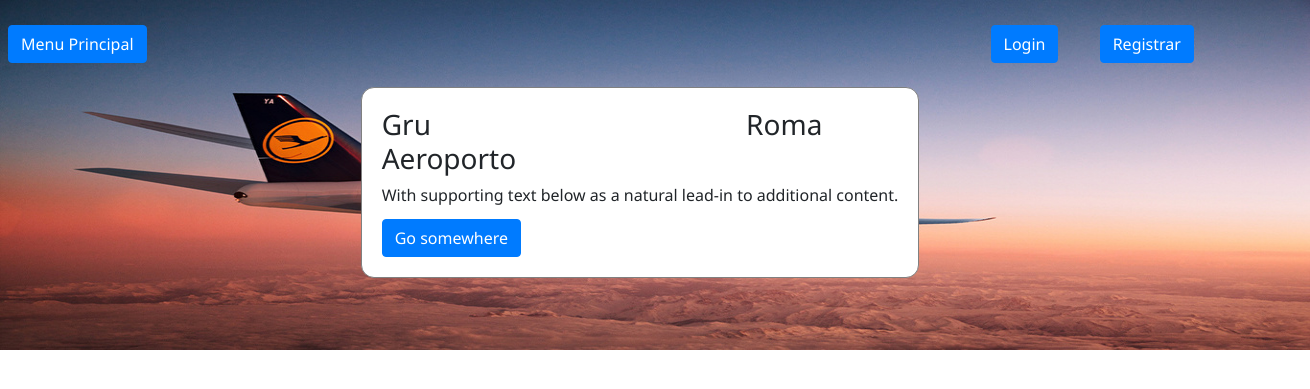
Repository: VictorFlay/Aplicacao-WEB
Page: http://localhost/ProjetoWeb/passagens.jsp
These files come from the project's save history. The page is drawn as it stood at one moment and after the next save; the edit follows.
The browser window is 1280 px wide. The page is 1310 px wide, so the pictures cover 1310 px, including what lies to the right of the window. The pictures show the whole page.
Some web libraries are served in a nearby version. The page is served by Tomcat 9.

Above is the page before, as saved 2021-07-14 22:31:41.

After the next save:
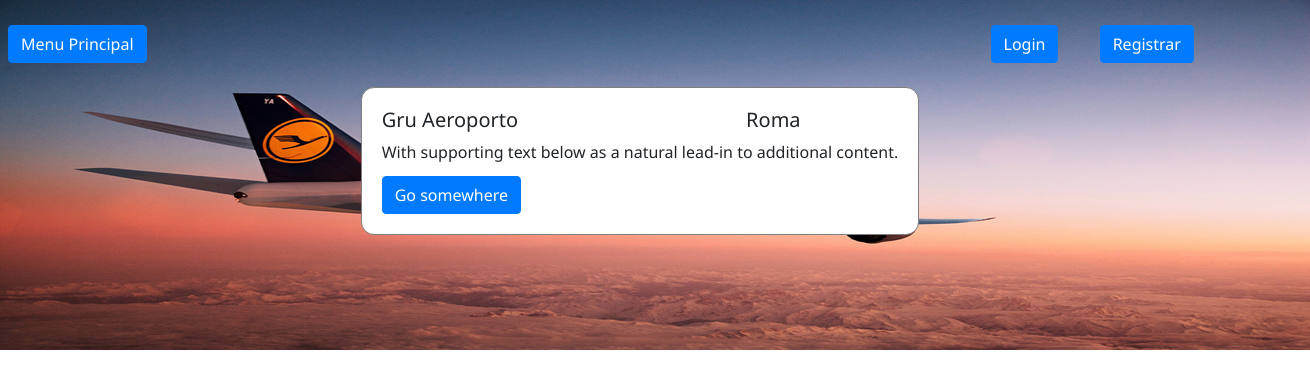
Saved 33 s later.
--- a/ProjetoWeb/WebContent/passagens.jsp
+++ b/ProjetoWeb/WebContent/passagens.jsp
@@ -201,11 +201,11 @@
 				 <div class="card-body">
 				 <div class="row justify-content-between">
 				 	<div class="col-4">
-				 		<h3 class="card-title">Gru Aeroporto</h3>
+				 		<h5 class="card-title">Gru Aeroporto</h5>
 				 	</div>
 				 	<p class="h2"></p>
 				 	<div class="col-4">
-				 		<h3 class="card-title">Roma</h3>
+				 		<h5 class="card-title">Roma</h5>
 				 	</div>
 				 </div>
 

After the save that followed:
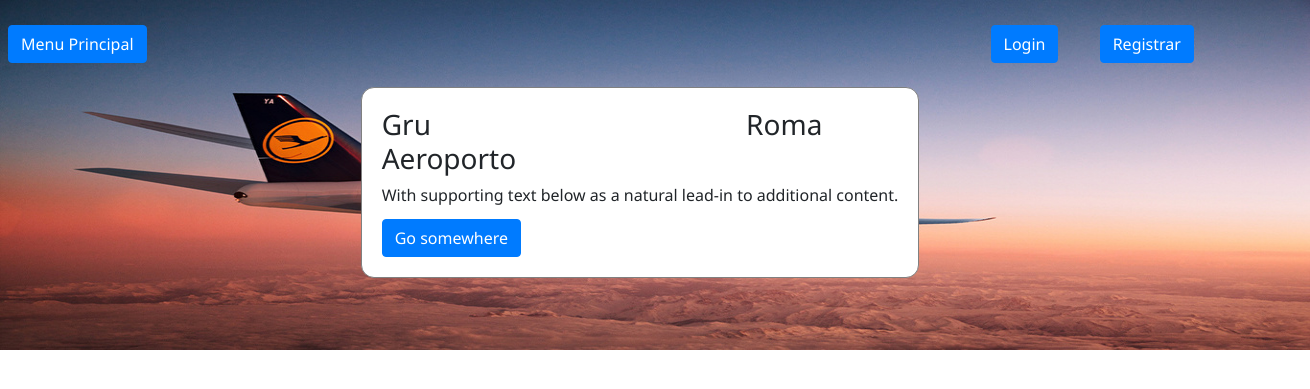
Saved 18 s later.
--- a/ProjetoWeb/WebContent/passagens.jsp
+++ b/ProjetoWeb/WebContent/passagens.jsp
@@ -201,11 +201,11 @@
 				 <div class="card-body">
 				 <div class="row justify-content-between">
 				 	<div class="col-4">
-				 		<h5 class="card-title">Gru Aeroporto</h5>
+				 		<h3 class="card-title">Gru Aeroporto</h3>
 				 	</div>
 				 	<p class="h2"></p>
 				 	<div class="col-4">
-				 		<h5 class="card-title">Roma</h5>
+				 		<h3 class="card-title">Roma</h3>
 				 	</div>
 				 </div>
 
